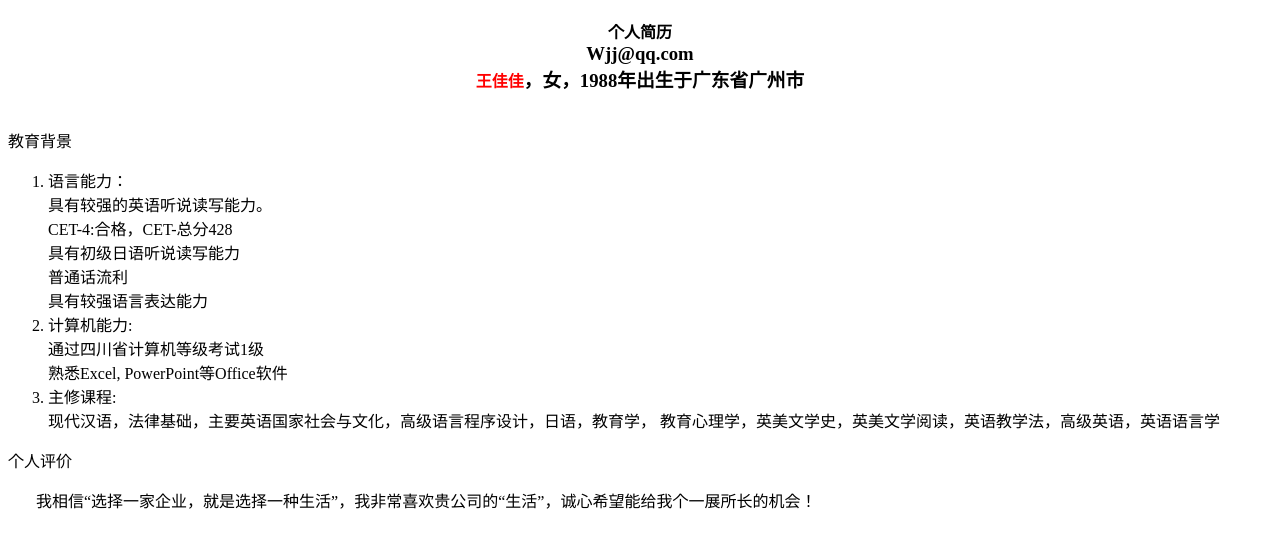
Repository: sheep9590/Test
Page: http://localhost/Prj03/
An editor plug-in stored every save of this project. The page is shown before and after the next save, followed by the edit.
The browser window is 1280 px wide. The pictures show the whole page.
The page is served by Tomcat 9.

Above is the page before, as saved 2021-09-02 15:46:02.

After the next save:
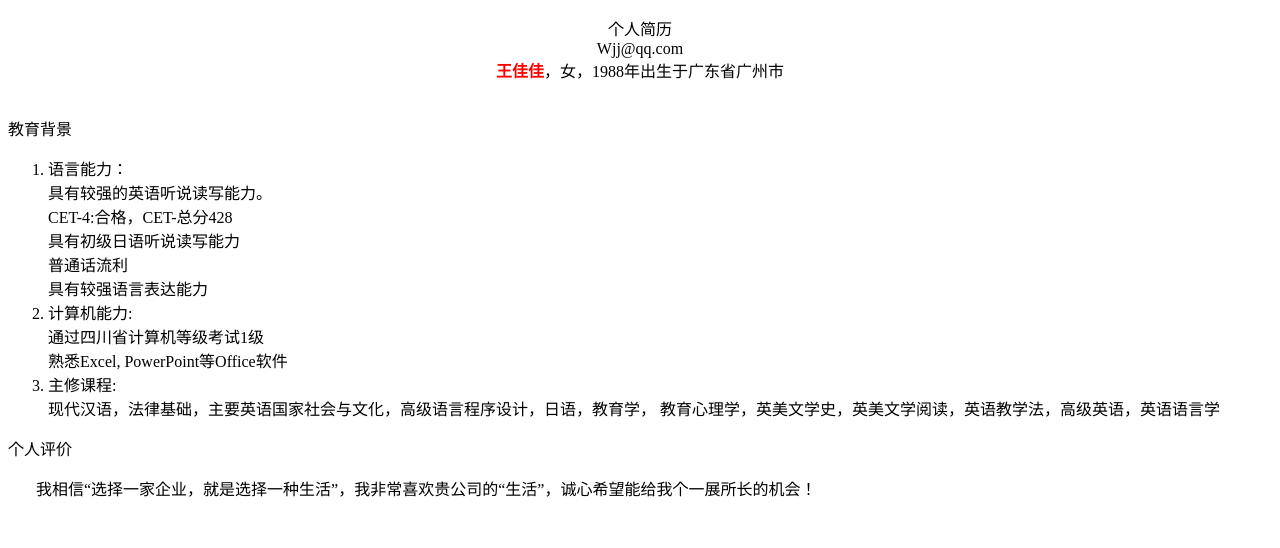
Saved 66 s later.
--- a/eclipse-workspace/Prj03/WebRoot/index.jsp
+++ b/eclipse-workspace/Prj03/WebRoot/index.jsp
@@ -7,9 +7,9 @@
 <title>我的第一个 HTML 页面</title>
 </head>
 <body>
-<h3 align="center"><font face="楷体_GB2312" size="3">个人简历</font><br>
+<p align="center"><font face="楷体_GB2312" size="3">个人简历</font><br>
 Wjj@qq.com<br>
-<font color="#FF0000" face="仿宋_GB2312" size="3"><b>王佳佳</b></font>，女，1988年出生于广东省广州市</h3><br>
+<font color="#FF0000" face="仿宋_GB2312" size="3"><b>王佳佳</b></font>，女，1988年出生于广东省广州市</p><br>
 教育背景
 <ol>
 <li>语言能力：<br>具有较强的英语听说读写能力。<br>CET-4:合格，CET-总分428<br>具有初级日语听说读写能力<br>普通话流利<br>
